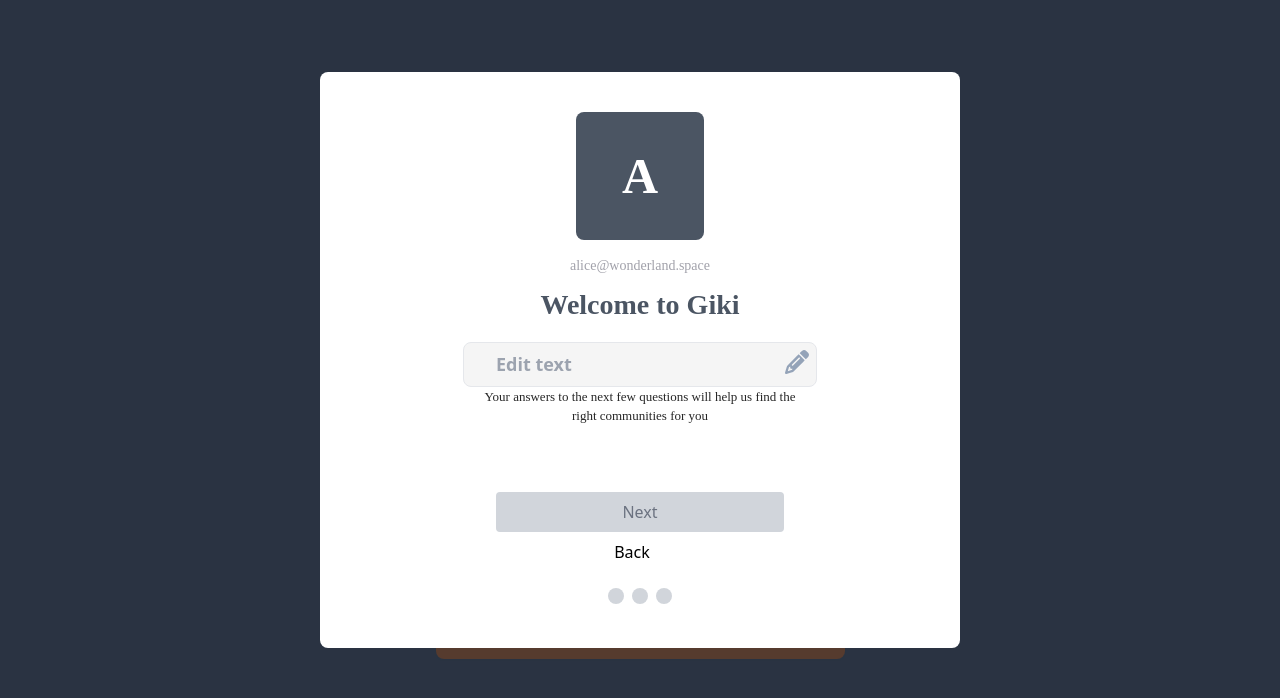
Repository: ZakariaZhlat125/lucatctyteste
Page: /, after clicking the first element matching `button.mt-36`
These files come from the project's save history. The page is drawn as it stood at one moment and after the next save; the edit follows.
The browser window is 1280 px wide. The pictures show the whole page.
The project was rebuilt for these pictures with package versions that can differ from the ones it lists, and the page was loaded fresh each time. Also part of the build but not shown: vite.config.js, src/Components/ModalComponents/PickLang.jsx, src/Components/ModalComponents/SelectImage.jsx.

Above is the page before, as saved 2023-09-29 12:50:29.

### src/App.jsx
import { useState } from 'react'
import Modalpage from './pages/Modalpage'


function App() {

  return (
    <>
    <Modalpage />
    </>
  )
}

export default App

### src/pages/Modalpage.jsx
import React, { useState } from "react";
import logo from "../assets/Images/Logo.png";
import Modal from "../Components/ModalComponents/Modal";
const Modalpage = () => {
  const [isModalOpen, setIsModalOpen] = useState(false);



  return (
    <div className="h-screen w-secreen bg-gray-600 flex flex-col justify-center items-center  ">
      <img
        src={logo}
        alt="logo"
        className="w-[415px] h-[413px] mx-2 "
      />
      <button
        onClick={() => setIsModalOpen(true)}
        className="mt-36 w-[309px] h-[41px] sm:w-[409px]  shadow-sm bg-orange-500  hover:bg-orange-600 rounded-lg  text-white text-sm font-semibold font-['Montserrat']"
      >
        Open Modal
      </button>


      <Modal isOpen={isModalOpen}  onClose={() => setIsModalOpen(false)} />

    </div>
  );
};

export default Modalpage;

### src/Components/ModalComponents/Modal.jsx
import React, { useState } from "react";
import Welcom from "./Welcom";
import PickLang from "./PickLang";
import SelectImage from "./SelectImage";
const Modal = ({ isOpen, onClose }) => {
  const [currentPage, setCurrentPage] = useState(1);

  const [inputValue, setInputValue] = useState("");
  if (!isOpen) return null;
  const totalPages = 3;


  const nextPage = () => {
    if (currentPage < 3) {
      setCurrentPage(currentPage + 1);
    }
  };
  const nextPageText = currentPage === 3 ? "Pick 3 more" : "Next";
  const prevPage = () => {
    if (currentPage > 1) {
      setCurrentPage(currentPage - 1);
    }
  };


  const isNextButtonDisabled = currentPage === 1 && inputValue.trim() === "";

  const nextButtonStyle = isNextButtonDisabled
  ? "bg-gray-300 text-gray-500"
  : "bg-orange-500 text-white";

  const getOrangeCount = () => {
    // Return the number of orange circles to display based on the current page
    switch (currentPage) {
      case 2:
        return 1;
      case 3:
        return 2;
      default:
        return 0;
    }
  };

  return (
    <div className="fixed inset-0 flex justify-center items-center z-50">
      <div className="fixed inset-0 bg-gray-800 opacity-75"></div>
      <div className="bg-white w-[40rem] h-[36rem]  rounded-lg p-8 z-50 relative flex flex-col justify-between items-center">
        {currentPage === 1 && <Welcom setInputValue={setInputValue}/>}
        {currentPage === 2 && <PickLang />}
        {currentPage === 3 && <SelectImage />}
        <div className="my-3 flex flex-col">
          <button
            onClick={nextPage}
            className={`w-72 px-4 py-2 rounded ${nextButtonStyle}`}
            disabled={isNextButtonDisabled}
          >
            {nextPageText}
          </button>
          <button
            onClick={prevPage}
            className="mr-4   text-black px-4 py-2 rounded"
          >
            Back
          </button>
          <div className="flex mt-4 self-center">
            {[...Array(totalPages)].map((_, index) => (
              <div
                key={index}
                className={`w-4 h-4 mx-1 rounded-full ${
                  index < getOrangeCount() ? "bg-orange-500" : "bg-gray-300"
                }`}
              ></div>
            ))}
          </div>
        </div>
      </div>
    </div>
  );
};

export default Modal;

### src/Components/ModalComponents/Welcom.jsx
import React, { useState } from "react";
import { FontAwesomeIcon } from "@fortawesome/react-fontawesome";
import { faPencilAlt } from "@fortawesome/free-solid-svg-icons";

const Welcom = ({ inputValue, setInputValue }) => {
  const handleInputChange = (e) => {
    setInputValue(e.target.value);
  };
  return (
    <div className="flex flex-col justify-center items-center px-32">
      <div className="bg-gray-600 w-32 h-32 flex rounded-lg justify-center items-center my-2">
        <p className="text-white text-[50px] font-bold   font-['Montserrat']">
          A
        </p>
      </div>

      <p className="my-2 text-zinc-400 text-sm font-medium font-['Poppins'] ">
        alice@wonderland.space
      </p>
      <h3 className="text-gray-600 text-[28px] font-bold font-['Poppins']">
        Welcome to Giki
      </h3>
      <div className="relative mt-4">
        <input
          type="text"
          placeholder="Edit text"
          className="py-2 px-8 pr-12 border text-orange-500 font-bold text-[18px] bg-neutral-100 rounded-lg focus:outline-none focus:border-orange-500"
          value={inputValue} // Bind input value to state
          onChange={handleInputChange} // Handle input change
        />
        <FontAwesomeIcon
          icon={faPencilAlt}
          className="absolute right-2 top-2 text-slate-400 w-6 h-6 cursor-pointer"
        />
      </div>
      <p className="w-[314px]  text-center text-neutral-800 text-[13px] font-medium font-['Poppins'] leading-[19px]">
        Your answers to the next few questions will help us find the right
        communities for you
      </p>
    </div>
  );
};

export default Welcom;

### tailwind.config.js
/** @type {import('tailwindcss').Config} */
export default {
  content: [
    "./index.html",
    "./src/**/*.{js,ts,jsx,tsx}",
  ],
  theme: {
    container: {
      center: true,
      padding: {
        DEFAULT: '1rem',
        sm: '2rem',
        lg: '4rem',
        xl: '5rem',
        '2xl': '6rem',
      },
    },
    extend: {},
  },
  plugins: [],
}

Loaded but not shown: index.html (common file); src/main.jsx (common file); src/index.css (common file)

After the next save:
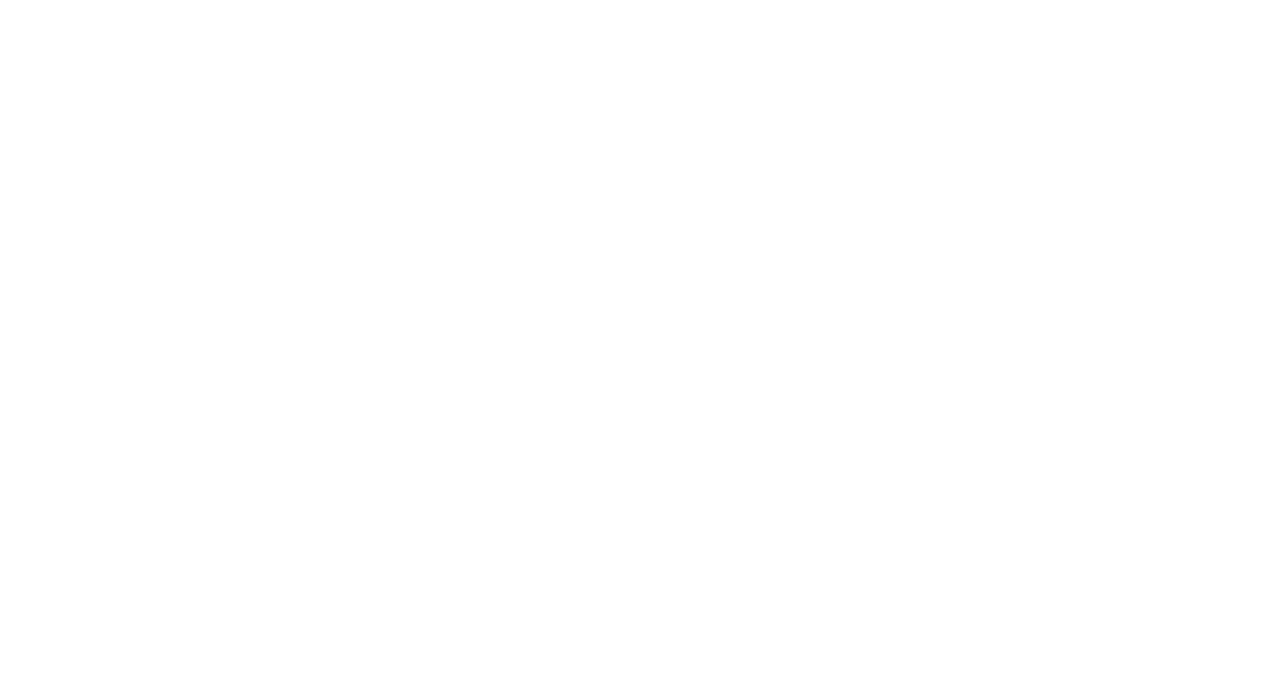
Console error: ReferenceError: inputValue is not defined
Saved 54 s later.
--- a/src/Components/ModalComponents/Welcom.jsx
+++ b/src/Components/ModalComponents/Welcom.jsx
@@ -2,7 +2,7 @@
 import { FontAwesomeIcon } from "@fortawesome/react-fontawesome";
 import { faPencilAlt } from "@fortawesome/free-solid-svg-icons";
 
-const Welcom = ({ inputValue, setInputValue }) => {
+const Welcom = ({ inputValueName, setInputValueName }) => {
   const handleInputChange = (e) => {
     setInputValue(e.target.value);
   };

After the save that followed:
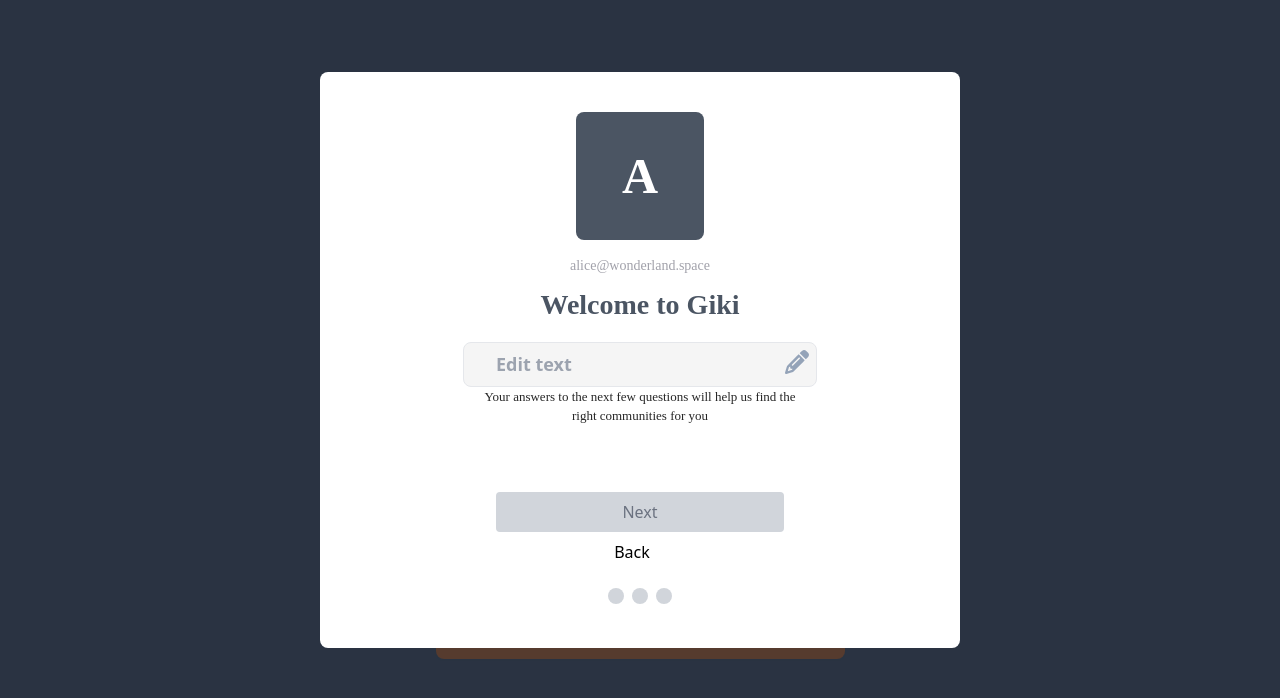
The error is gone.
Saved 33 s later.
--- a/src/Components/ModalComponents/Welcom.jsx
+++ b/src/Components/ModalComponents/Welcom.jsx
@@ -4,7 +4,7 @@
 
 const Welcom = ({ inputValueName, setInputValueName }) => {
   const handleInputChange = (e) => {
-    setInputValue(e.target.value);
+    setInputValueName(e.target.value);
   };
   return (
     <div className="flex flex-col justify-center items-center px-32">
@@ -25,7 +25,7 @@
           type="text"
           placeholder="Edit text"
           className="py-2 px-8 pr-12 border text-orange-500 font-bold text-[18px] bg-neutral-100 rounded-lg focus:outline-none focus:border-orange-500"
-          value={inputValue} // Bind input value to state
+          value={inputValueName} // Bind input value to state
           onChange={handleInputChange} // Handle input change
         />
         <FontAwesomeIcon
